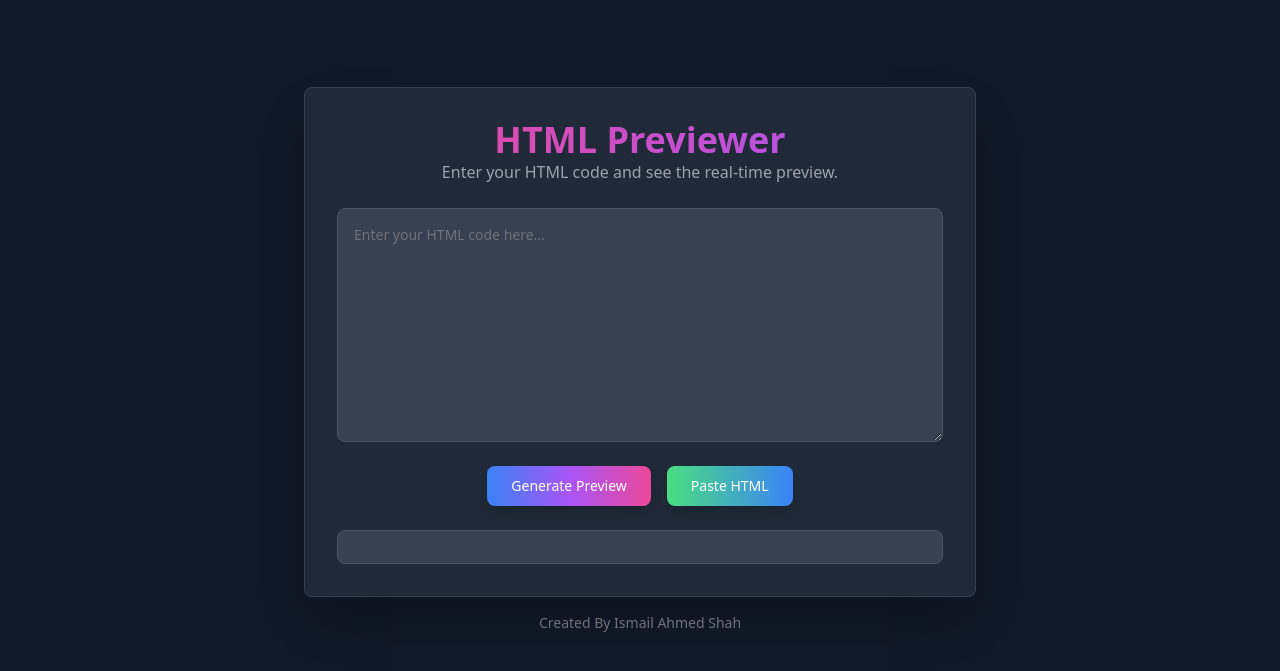
Repository: asadullah48/13_html_previewer_app
Page: /
These files come from the project's save history. The page is drawn as it stood at one moment and after the next save; the edit follows.
The browser window is 1280 px wide. The pictures show the whole page.
The project was rebuilt for these pictures with package versions that can differ from the ones it lists, and the page was loaded fresh each time. The framework's server and built-in components were replaced by stand-ins that run in the browser. Also part of the build but not shown: next.config.mjs, components/predefinedHtml.ts.

Above is the page before, as saved 2024-10-20 12:06:11.

### app/page.tsx
import HTMLPreview from "@/components/html-previewer";

export default function Home() {
  return (
    <div>
      <HTMLPreview />
    </div>
  );
}

### app/globals.css
@tailwind base;
@tailwind components;
@tailwind utilities;

body {
  font-family: system-ui, -apple-system, BlinkMacSystemFont, 'Segoe UI', Roboto, Oxygen, Ubuntu, Cantarell, 'Open Sans', 'Helvetica Neue', sans-serif;
}

@layer utilities {
  .text-balance {
    text-wrap: balance;
  }
}

@layer base {
  :root {
    --background: 10 1% 95.9%;
    --foreground: 240 10% 5.9%;
    --card: 10 1% 95.9%;
    --card-foreground: 240 10% 3.9%;
    --popover: 10 1% 95.9%;
    --popover-foreground: 240 10% 3.9%;
    --primary: 240 5.9% 10%;
    --primary-foreground: 0 0% 98%;
    --secondary: 240 4.8% 95.9%;
    --secondary-foreground: 240 5.9% 10%;
    --muted: 240 4.8% 95.9%;
    --muted-foreground: 240 3.8% 46.1%;
    --accent: 240 4.8% 95.9%;
    --accent-foreground: 240 5.9% 10%;
    --destructive: 0 84.2% 60.2%;
    --destructive-foreground: 0 0% 98%;
    --border: 240 5.9% 90%;
    --input: 240 5.9% 90%;
    --ring: 240 10% 3.9%;
    --chart-1: 12 76% 61%;
    --chart-2: 173 58% 39%;
    --chart-3: 197 37% 24%;
    --chart-4: 43 74% 66%;
    --chart-5: 27 87% 67%;
    --radius: 0.5rem;
  }
  .dark {
    --background: 240 10% 3.9%;
    --foreground: 0 0% 98%;
    --card: 240 10% 3.9%;
    --card-foreground: 0 0% 98%;
    --popover: 240 10% 3.9%;
    --popover-foreground: 0 0% 98%;
    --primary: 0 0% 98%;
    --primary-foreground: 240 5.9% 10%;
    --secondary: 240 3.7% 15.9%;
    --secondary-foreground: 0 0% 98%;
    --muted: 240 3.7% 15.9%;
    --muted-foreground: 240 5% 64.9%;
    --accent: 240 3.7% 15.9%;
    --accent-foreground: 0 0% 98%;
    --destructive: 0 62.8% 30.6%;
    --destructive-foreground: 0 0% 98%;
    --border: 240 3.7% 15.9%;
    --input: 240 3.7% 15.9%;
    --ring: 240 4.9% 83.9%;
    --chart-1: 220 70% 50%;
    --chart-2: 160 60% 45%;
    --chart-3: 30 80% 55%;
    --chart-4: 280 65% 60%;
    --chart-5: 340 75% 55%;
  }
}

@layer base {
  * {
    @apply border-border;
  }
  body {
    @apply bg-background text-foreground;
  }
}

### components/html-previewer.tsx
"use client";

import React, { useState, ChangeEvent } from "react";

import { Textarea } from "@/components/ui/textarea";
import { Button } from "@/components/ui/button";

import { predefinedHtml } from "./predefinedHtml";

export default function HTMLPreviewComponent() {

  const [htmlCode, setHtmlCode] = useState<string>("");
  const [previewHtml, setPreviewHtml] = useState<string>("");

  const handlePreview = (): void => {
    setPreviewHtml(htmlCode);
  };


  const handlePasteHtml = (): void => {
    setHtmlCode(predefinedHtml);
  };

  const handleChange = (e: ChangeEvent<HTMLTextAreaElement>): void => {
    setHtmlCode(e.target.value);
  };

  return (
    <div className="flex flex-col items-center justify-center min-h-screen bg-gray-900 text-white">
      {/* HTML Previewer Card */}
      <div className="w-full max-w-2xl p-8 rounded-lg shadow-2xl bg-gray-800 border border-gray-700 transition-all hover:border-blue-500 hover:shadow-blue-500/50">
        <h1 className="text-4xl font-extrabold text-center text-gradient bg-gradient-to-r from-pink-500 to-purple-500 text-transparent bg-clip-text">
          HTML Previewer
        </h1>
        <p className="text-gray-400 mb-6 text-center">
          Enter your HTML code and see the real-time preview.
        </p>

        <div className="grid gap-6">
          {/* Textarea for entering HTML code */}
          <Textarea
            value={htmlCode}
            onChange={handleChange}
            placeholder="Enter your HTML code here..."
            className="p-4 rounded-lg border border-gray-600 bg-gray-700 text-white placeholder-gray-400 focus:border-indigo-500 focus:ring-1 focus:ring-indigo-500"
            rows={10}
          />

          {/* Buttons for Generate Preview and Paste HTML */}
          <div className="flex justify-center gap-4">
            <Button
              onClick={handlePreview}
              className="px-6 py-2 bg-gradient-to-r from-blue-500 via-purple-500 to-pink-500 text-white rounded-lg shadow-lg hover:bg-gradient-to-l hover:shadow-purple-500/50 transition-all"
            >
              Generate Preview
            </Button>
            <Button
              onClick={handlePasteHtml}
              className="px-6 py-2 bg-gradient-to-r from-green-400 to-blue-500 text-white rounded-lg shadow-lg hover:shadow-green-500/50 transition-all"
            >
              Paste HTML
            </Button>
          </div>

          {/* HTML Preview Section */}
          <div className="p-4 rounded-lg border border-gray-600 bg-gray-700 text-white">
            <div dangerouslySetInnerHTML={{ __html: previewHtml }} />
          </div>
        </div>
      </div>
            {/* Footer section */}
            <footer className="mt-4 text-sm text-muted-foreground">
        Created By Ismail Ahmed Shah
      </footer>
    </div>
  );
}

### components/ui/textarea.tsx
import * as React from "react"

import { cn } from "@/lib/utils"

export interface TextareaProps
  extends React.TextareaHTMLAttributes<HTMLTextAreaElement> {}

const Textarea = React.forwardRef<HTMLTextAreaElement, TextareaProps>(
  ({ className, ...props }, ref) => {
    return (
      <textarea
        className={cn(
          "flex min-h-[80px] w-full rounded-md border border-input bg-background px-3 py-2 text-sm ring-offset-background placeholder:text-muted-foreground focus-visible:outline-none focus-visible:ring-2 focus-visible:ring-ring focus-visible:ring-offset-2 disabled:cursor-not-allowed disabled:opacity-50",
          className
        )}
        ref={ref}
        {...props}
      />
    )
  }
)
Textarea.displayName = "Textarea"

export { Textarea }

### components/ui/button.tsx
import * as React from "react"
import { Slot } from "@radix-ui/react-slot"
import { cva, type VariantProps } from "class-variance-authority"

import { cn } from "@/lib/utils"

const buttonVariants = cva(
  "inline-flex items-center justify-center gap-2 whitespace-nowrap rounded-md text-sm font-medium ring-offset-background transition-colors focus-visible:outline-none focus-visible:ring-2 focus-visible:ring-ring focus-visible:ring-offset-2 disabled:pointer-events-none disabled:opacity-50 [&_svg]:pointer-events-none [&_svg]:size-4 [&_svg]:shrink-0",
  {
    variants: {
      variant: {
        default: "bg-primary text-primary-foreground hover:bg-primary/90",
        destructive:
          "bg-destructive text-destructive-foreground hover:bg-destructive/90",
        outline:
          "border border-input bg-background hover:bg-accent hover:text-accent-foreground",
        secondary:
          "bg-secondary text-secondary-foreground hover:bg-secondary/80",
        ghost: "hover:bg-accent hover:text-accent-foreground",
        link: "text-primary underline-offset-4 hover:underline",
      },
      size: {
        default: "h-10 px-4 py-2",
        sm: "h-9 rounded-md px-3",
        lg: "h-11 rounded-md px-8",
        icon: "h-10 w-10",
      },
    },
    defaultVariants: {
      variant: "default",
      size: "default",
    },
  }
)

export interface ButtonProps
  extends React.ButtonHTMLAttributes<HTMLButtonElement>,
    VariantProps<typeof buttonVariants> {
  asChild?: boolean
}

const Button = React.forwardRef<HTMLButtonElement, ButtonProps>(
  ({ className, variant, size, asChild = false, ...props }, ref) => {
    const Comp = asChild ? Slot : "button"
    return (
      <Comp
        className={cn(buttonVariants({ variant, size, className }))}
        ref={ref}
        {...props}
      />
    )
  }
)
Button.displayName = "Button"

export { Button, buttonVariants }

Loaded but not shown: app/layout.tsx (common file); lib/utils.ts (common file); tailwind.config.ts (common file)

After the next save:
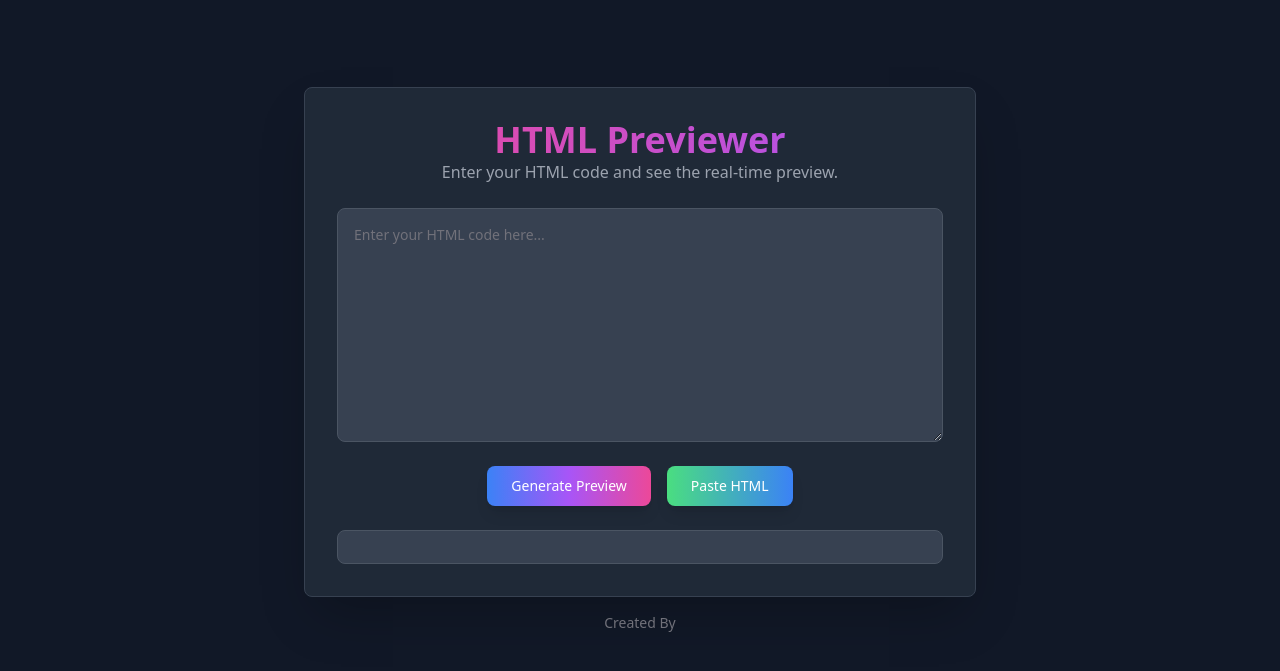
Saved 7 s later.
--- a/components/html-previewer.tsx
+++ b/components/html-previewer.tsx
@@ -70,7 +70,7 @@ export default function HTMLPreviewComponent() {
       </div>
             {/* Footer section */}
             <footer className="mt-4 text-sm text-muted-foreground">
-        Created By Ismail Ahmed Shah
+        Created By
       </footer>
     </div>
   );
